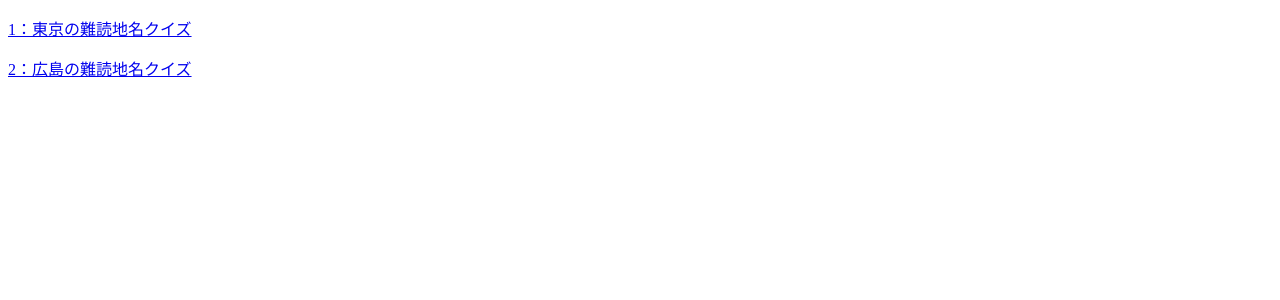
Repository: posse-ap/gen2.0-akira1515
Page: http://localhost/
An editor plug-in stored every save of this project. The page is shown before and after a run of saves, followed by the edit.
The browser window is 1280 px wide. The pictures show the whole page.
The page is run by PHP 8.4 with error messages shown; the project is at /var/www/html/. The database holds what the project's SQL file puts in it.

Above is the page before, as saved 2022-08-16 13:57:29.

After the next 4 saves:
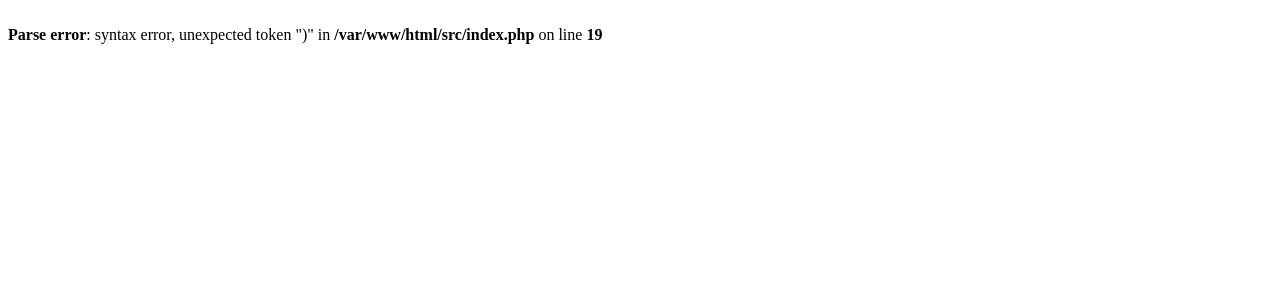
The 4 saves are shown as one change because they came seconds apart.
The last was saved 14 min 3 s later.
--- a/src/index.php
+++ b/src/index.php
@@ -16,9 +16,9 @@
 </head>
 
 <body>
-  <?php foreach ($big_questions as $big_question) : ?>
+  <?php foreach ($big_questions) : ?>
     <p>
-      <a href="/quiz/?question_id=<?php echo $big_question['id']; ?>"><?php echo $big_question['id'] . '：' . $big_question['name']; ?></a>
+      <a href="/quiz/?question_id=<?php echo $big_questions['id']; ?>"><?php echo $big_questions['id'] . '：' . $big_questions['name']; ?></a>
     </p>
   <?php endforeach; ?>
 

After the save that followed:
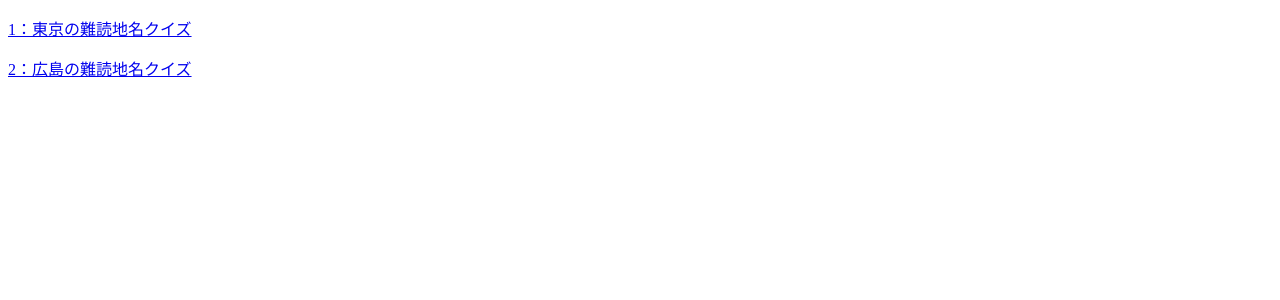
Saved 10 s later.
--- a/src/index.php
+++ b/src/index.php
@@ -16,9 +16,9 @@
 </head>
 
 <body>
-  <?php foreach ($big_questions) : ?>
+  <?php foreach ($big_questions as $big_question) : ?>
     <p>
-      <a href="/quiz/?question_id=<?php echo $big_questions['id']; ?>"><?php echo $big_questions['id'] . '：' . $big_questions['name']; ?></a>
+      <a href="/quiz/?question_id=<?php echo $big_question['id']; ?>"><?php echo $big_question['id'] . '：' . $big_question['name']; ?></a>
     </p>
   <?php endforeach; ?>
 
